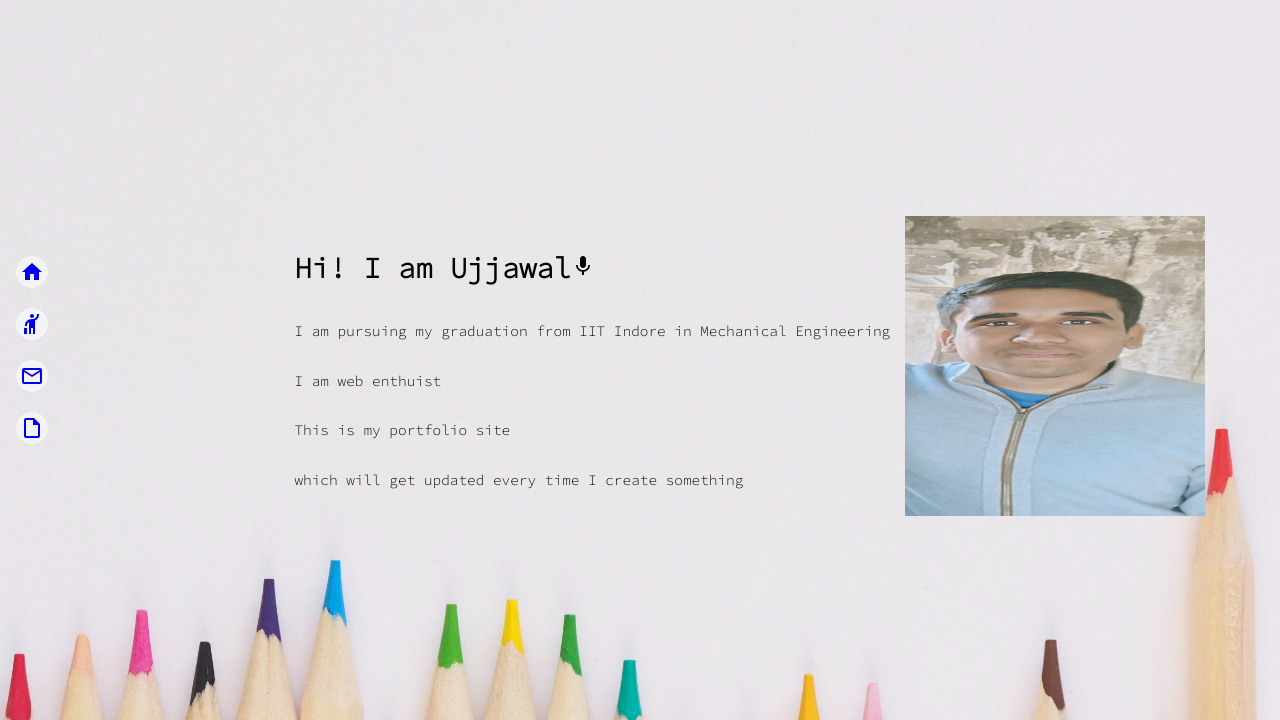
Repository: ujjawalmittal55/portfolio1
Page: /about
These files come from the project's save history. The page is drawn as it stood at one moment and after a run of saves; the edit follows.
The browser window is 1280 px wide. The pictures show the whole page.
The project was rebuilt for these pictures with package versions that can differ from the ones it lists, and the page was loaded fresh each time. Also part of the build but not shown: src/display.css, src/Display.tsx, src/document.css, src/Document.jsx, src/contact.css, src/Contact.jsx.

Above is the page before, as saved 2022-05-12 22:04:12.

### public/index.html
<!DOCTYPE html>
<html lang="en">
  <head>

    <style>
      @import url('https://fonts.googleapis.com/css2?family=Montserrat:ital,wght@0,100;1,100&family=Source+Code+Pro:wght@300&display=swap');
    </style>
    <meta charset="utf-8" />
    <link rel="icon" href="%PUBLIC_URL%/favicon.ico" />
    <meta name="viewport" content="width=device-width, initial-scale=1" />
    <meta name="theme-color" content="#000000" />
    <meta
      name="description"
      content="Web site created using create-react-app"
    />
    <link rel="apple-touch-icon" href="%PUBLIC_URL%/logo192.png" />
    <!--
      manifest.json provides metadata used when your web app is installed on a
      user's mobile device or desktop. See https://developers.google.com/web/fundamentals/web-app-manifest/
    -->
    <link rel="manifest" href="%PUBLIC_URL%/manifest.json" />
    <!--
      Notice the use of %PUBLIC_URL% in the tags above.
      It will be replaced with the URL of the `public` folder during the build.
      Only files inside the `public` folder can be referenced from the HTML.

      Unlike "/favicon.ico" or "favicon.ico", "%PUBLIC_URL%/favicon.ico" will
      work correctly both with client-side routing and a non-root public URL.
      Learn how to configure a non-root public URL by running `npm run build`.
    -->
    <title>React App</title>
  </head>
  <body>
    <noscript>You need to enable JavaScript to run this app.</noscript>
    <div id="root"></div>
    <!--
      This HTML file is a template.
      If you open it directly in the browser, you will see an empty page.

      You can add webfonts, meta tags, or analytics to this file.
      The build step will place the bundled scripts into the <body> tag.

      To begin the development, run `npm start` or `yarn start`.
      To create a production bundle, use `npm run build` or `yarn build`.
    -->
  </body>
</html>

### src/index.tsx
import React from "react";
import ReactDOM from "react-dom/client";
import "./index.css";
import App from "./App";
import Portfolio from "./Portfolio";
import SideBar from "./SideBar";

import reportWebVitals from "./reportWebVitals";
import { BrowserRouter } from "react-router-dom";

const rootElement = document.getElementById("root");
if (!rootElement) throw new Error("Failed to find the root element");
const root = ReactDOM.createRoot(rootElement);
root.render(
  <React.StrictMode>
    <BrowserRouter>
      <Portfolio />
    </BrowserRouter>
  </React.StrictMode>
);

// If you want to start measuring performance in your app, pass a function
// to log results (for example: reportWebVitals(console.log))
// or send to an analytics endpoint. Learn more: https://bit.ly/CRA-vitals
reportWebVitals();

### src/Portfolio.tsx
import React, { Component } from "react";
import { BrowserRouter, Route, Link, Routes } from "react-router-dom";
import Display from "./Display";
import "./homepage.css";
import SideBar from "./SideBar";
import About from "./About";
import Document from "./Document";
import Contact from "./Contact";
function Portfolio() {
  return (
    <div className="Home">
      <div className="sidebar">
        <SideBar />
      </div>
      <div className="main_content">
        <Routes>
          <Route path="/" element={<Display />} />
          <Route path="/about" element={<About />} />
          <Route path="/contact" element={<Contact />} />
          <Route path="/projects" element={<Display />} />
          <Route path="/document" element={<Document />} />
        </Routes>
      </div>
    </div>
  );
}

export default Portfolio;

### src/homepage.css
.Home {
  background-image: url("/public/bg.jpg");
  background-size: cover;
  background-repeat: no-repeat;
  display: flex;
}
.main_content {
  flex: 1;
}

### src/SideBar.tsx
import React from "react";
import {
  BrowserRouter as Router,
  Route,
  Link,
  useParams,
  NavLink,
} from "react-router-dom";

import "./sidebar.css";
import HomeIcon from "@mui/icons-material/Home";
import HailIcon from "@mui/icons-material/Hail";
import InsertDriveFileOutlinedIcon from "@mui/icons-material/InsertDriveFileOutlined";
import EmailOutlinedIcon from "@mui/icons-material/EmailOutlined";

function SideBar() {
  return (
    <div>
      <div className="sidebar">
        <ul className="sidebar-items">
          <li className="list">
            <Link to="/">
              <div className="list-div">
                <HomeIcon>home</HomeIcon>
              </div>
            </Link>
          </li>
          <Link to="/about">
            <li className="list">
              <div className="list-div">
                <HailIcon>home</HailIcon>
              </div>
            </li>
          </Link>
          <Link to="/contact">
            <li className="list">
              <div className="list-div">
                <EmailOutlinedIcon>home</EmailOutlinedIcon>
              </div>
            </li>
          </Link>

          <Link to="/document">
            <li className="list">
              <div className="list-div">
                <InsertDriveFileOutlinedIcon>home</InsertDriveFileOutlinedIcon>
              </div>
            </li>
          </Link>
        </ul>
      </div>
    </div>
  );
}

export default SideBar;

### src/About.jsx
import React from "react";
import { Mic } from "@mui/icons-material";
import "./about.css";
import { motion } from "framer-motion";
function About() {
  let audio = new Audio("/name.mp3");
  const play = () => {
    audio.play();
  };
  return (
    <div className="about">
      <div className="details ">
        <h1>
          <span className="nowrap">
            Hi! I am Ujjawal
            <Mic onClick={play} className="audio" />
          </span>
        </h1>
        <p>
          I am pursuing my graduation from IIT Indore in Mechanical Engineering
        </p>
        <p>I am web enthuist</p>
        <p>This is my portfolio site </p>
        <p>which will get updated every time I create something</p>
      </div>
      <div>
        <motion.img
          src="/my.jpeg"
          rotateZ={60}
          transition={{ duration: 0.5, yoyo: Infinity }}
          width="300"
          height="300"
        />
      </div>
    </div>
  );
}

export default About;

### src/sidebar.css
.sidebar {
  height: 100%;
  /* background-color: rgb(221, 195, 195) */
}
.sidebar {
  height: 100vh;
  display: grid;
  align-items: center;
  text-align: center;
  text-decoration: none;
}
.sidebar-items {
  padding: 0;
  margin: 1em;
}

.list {
  font-size: 1em;
  margin-bottom: 1.25em;
  list-style-type: none;
  text-align: center;
  text-decoration: none;
  padding: auto;
}

.list-div:hover {
  text-decoration: underline;
  transform: scale(1.25);
  background-color: rgb(126, 128, 247);
}

.list-div {
  display: flex;
  justify-content: center;
  align-items: center;
  text-align: center;
  height: 2em;
  width: 2em;
  background-color: rgb(242, 244, 245);
  border-radius: 50%;
  transition-duration: 0.5s;
}

### src/about.css
.about {
  margin-left: 30vh;
  margin-top: 30vh;
  display: flex;
  flex-direction: row;
}
.details {
  margin: 2vh;
  display: grid;
  font-family: "Source Code Pro", monospace;
  font-size: 2vh;
}
.audio:hover {
  cursor: pointer;
  transform: scale(1.2);
}

Loaded but not shown: src/index.css (common file); src/reportWebVitals.js (common file)

After the next 2 saves:
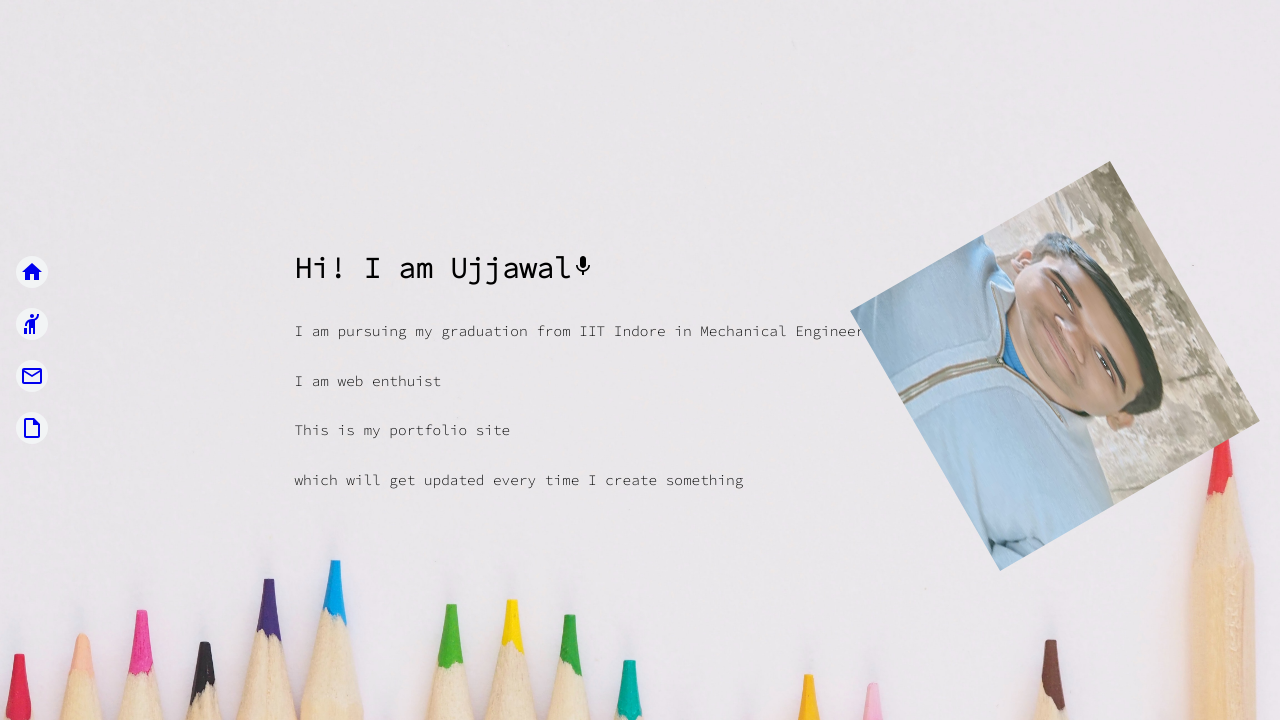
The 2 saves are shown as one change because 1 did not build or start.
The last was saved 34 s later.
--- a/src/About.jsx
+++ b/src/About.jsx
@@ -26,7 +26,7 @@
       <div>
         <motion.img
           src="/my.jpeg"
-          rotateZ={60}
+          animate={{ rotateZ: 60 }}
           transition={{ duration: 0.5, yoyo: Infinity }}
           width="300"
           height="300"

After the save that followed:
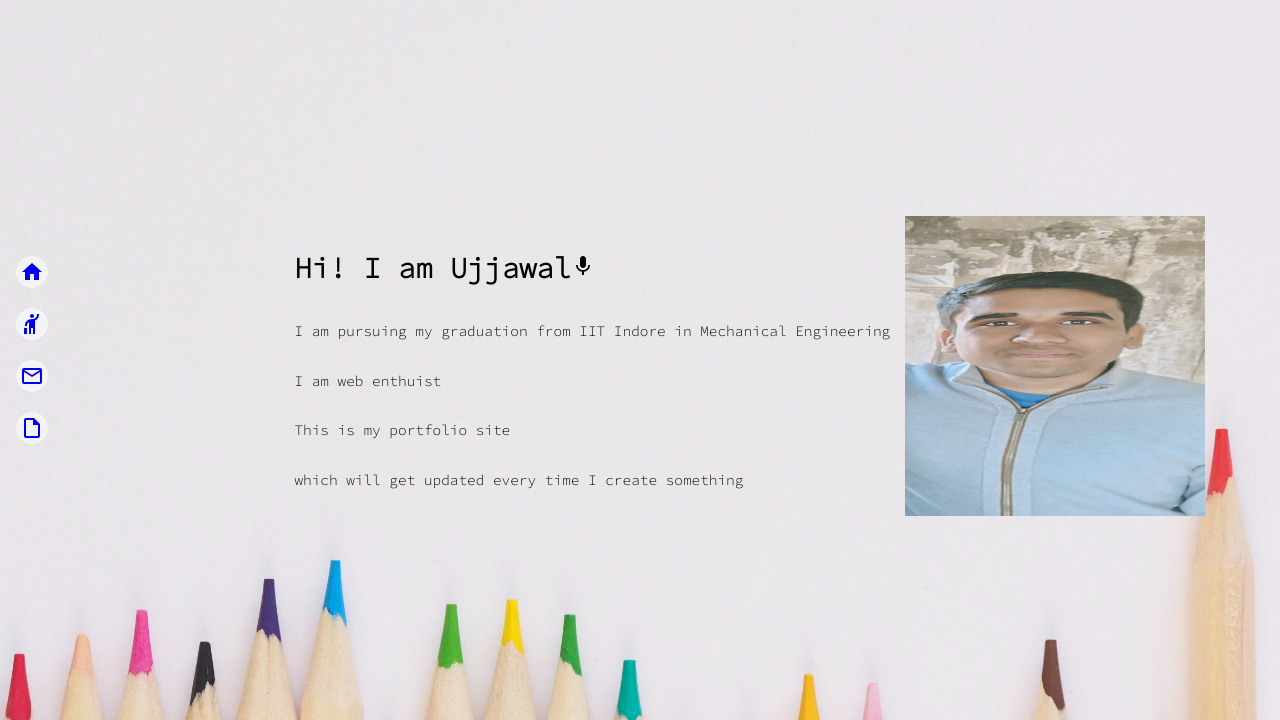
Saved 16 s later.
--- a/src/About.jsx
+++ b/src/About.jsx
@@ -26,7 +26,7 @@
       <div>
         <motion.img
           src="/my.jpeg"
-          animate={{ rotateZ: 60 }}
+          animate={{ rotateZ: [60 - 60] }}
           transition={{ duration: 0.5, yoyo: Infinity }}
           width="300"
           height="300"
